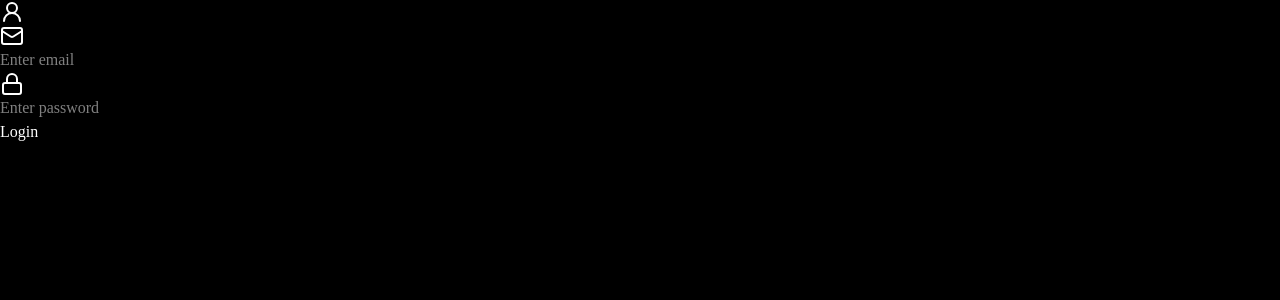
Repository: Aayushi014/React_project
Page: / (app in project01/)
These files come from the project's save history. The page is drawn as it stood at one moment and after the next save; the edit follows.
The browser window is 1280 px wide. The pictures show the whole page.
The project was rebuilt for these pictures with package versions that can differ from the ones it lists, and the page was loaded fresh each time. Also part of the build but not shown: project01/vite.config.js.

Above is the page before, as saved 2026-02-06 19:43:11.

After the next save:
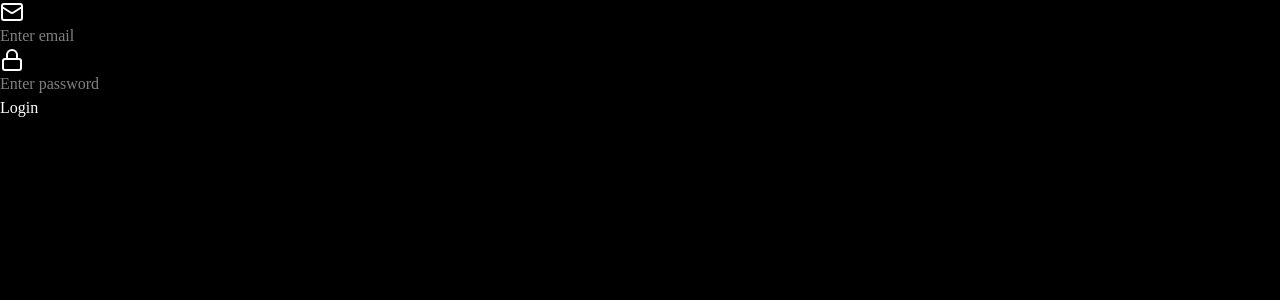
Saved 48 s later.
--- a/project01/src/component/Auth/Login.jsx
+++ b/project01/src/component/Auth/Login.jsx
@@ -10,7 +10,6 @@
     <div className = 'flex h-screen w-screen justify-center items-center'>
       <div className='rounded border-2 p-20 border-emerald-600'>
         <form onSubmit={submitHandler} className='flex flex-col justify-center items-center'>
-          <UserRound className='size-8 top-1/2'/>
           <div className = 'relative w-full'>
             <Mail className='absolute left-3 pr-0.5 top-1/2 -translate-y-1/2 text-emerald-600'/>
             <input required className = 'rounded border-2 border-emerald-600 p-2 pl-10' type = 'email' placeholder = 'Enter email'/>
